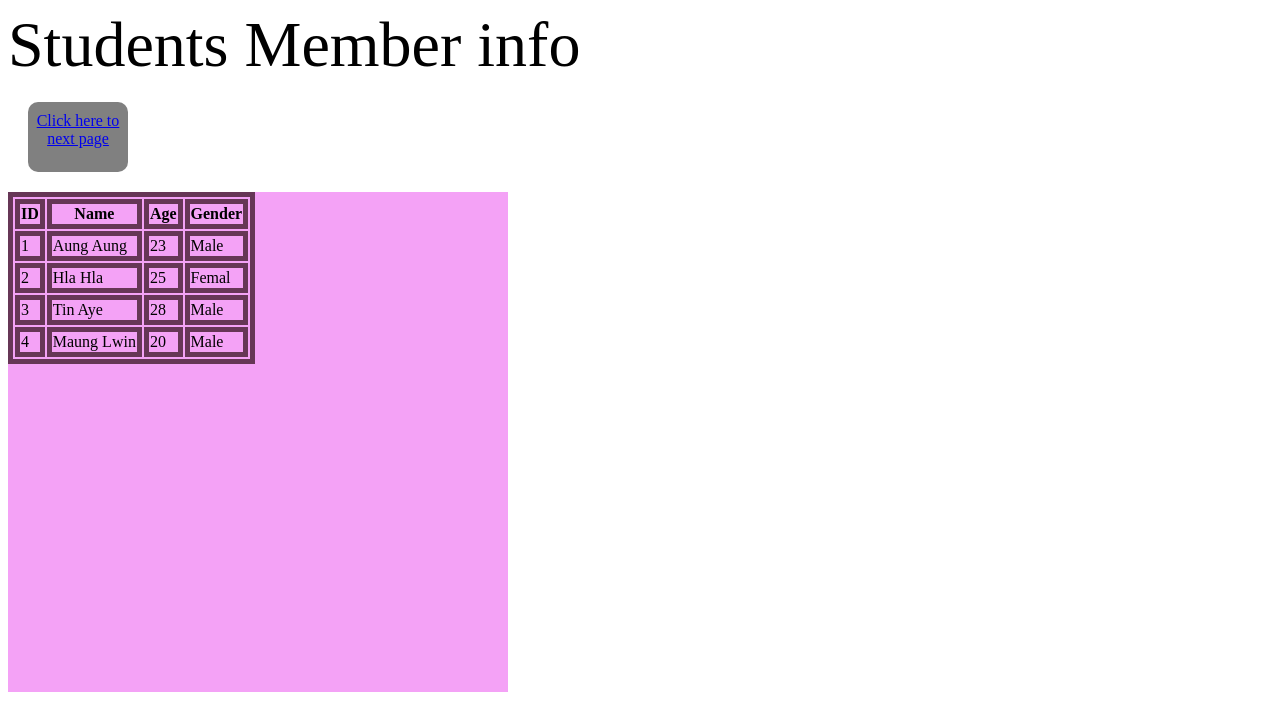
Repository: ThantLwinSoe/Servlet
Page: 01-Communication/src/main/webapp/index.html
The author's editor kept a copy of each file at every save. The page is drawn from the files as they stood at one save, then again after the next save.
The browser window is 1280 px wide. The pictures show the whole page.

Above is the page before, as saved 2023-02-07 02:56:47.

### 01-Communication/src/main/webapp/index.html
<!DOCTYPE html>
<html>
<head>
<meta charset="UTF-8">
<style>
h {
	font-size: 4em;
}
.d_link {

	margin: 20px;
	padding-top: 10px;
	width: 100px;
	height: 60px;
	border-radius: 10px;
	background: gray;
	text-align: center;
}
.st_info {
	margin-top: 20px;
	width: 500px;
	height: 500px;
	background: #F4A2F6;
}
.table_one,th,td {
	border: 5px solid #663656;
}
</style>
<title>Servlet Communication</title>
</head>
<body>
	<h>Students Member info</h>
	<div class="d_link">
		<a href="hello">Click here to next page</a>
	</div>
	<div class="st_info">
		<table class="table_one">
			<thead>
				<tr>
					<th>ID</th>
					<th>Name</th>
					<th>Age</th>
					<th>Gender</th>
				</tr>
			</thead>
			<tbody>
				<tr>
					<td>1</td>
					<td>Aung Aung</td>
					<td>23</td>
					<td>Male</td>
				</tr>
				<tr>
					<td>2</td>
					<td>Hla Hla</td>
					<td>25</td>
					<td>Femal</td>
				</tr>
				<tr>
					<td>3</td>
					<td>Tin Aye</td>
					<td>28</td>
					<td>Male</td>
				</tr>
				<tr>
					<td>4</td>
					<td>Maung Lwin</td>
					<td>20</td>
					<td>Male</td>
				</tr>
			</tbody>
		</table>
	</div>
</body>
</html>

After the next save:
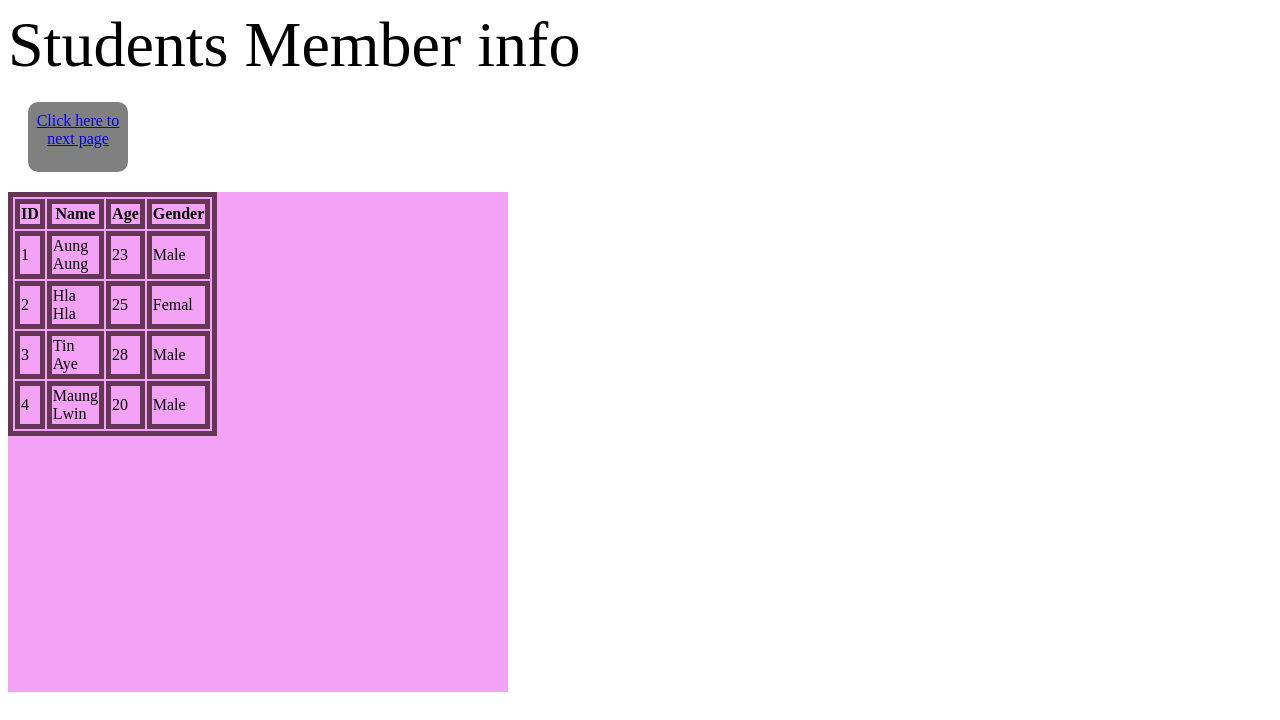
Saved 65 s later.
--- a/01-Communication/src/main/webapp/index.html
+++ b/01-Communication/src/main/webapp/index.html
@@ -24,6 +24,7 @@
 }
 .table_one,th,td {
 	border: 5px solid #663656;
+	width: 50px;
 }
 </style>
 <title>Servlet Communication</title>

After the 5 saves that followed:
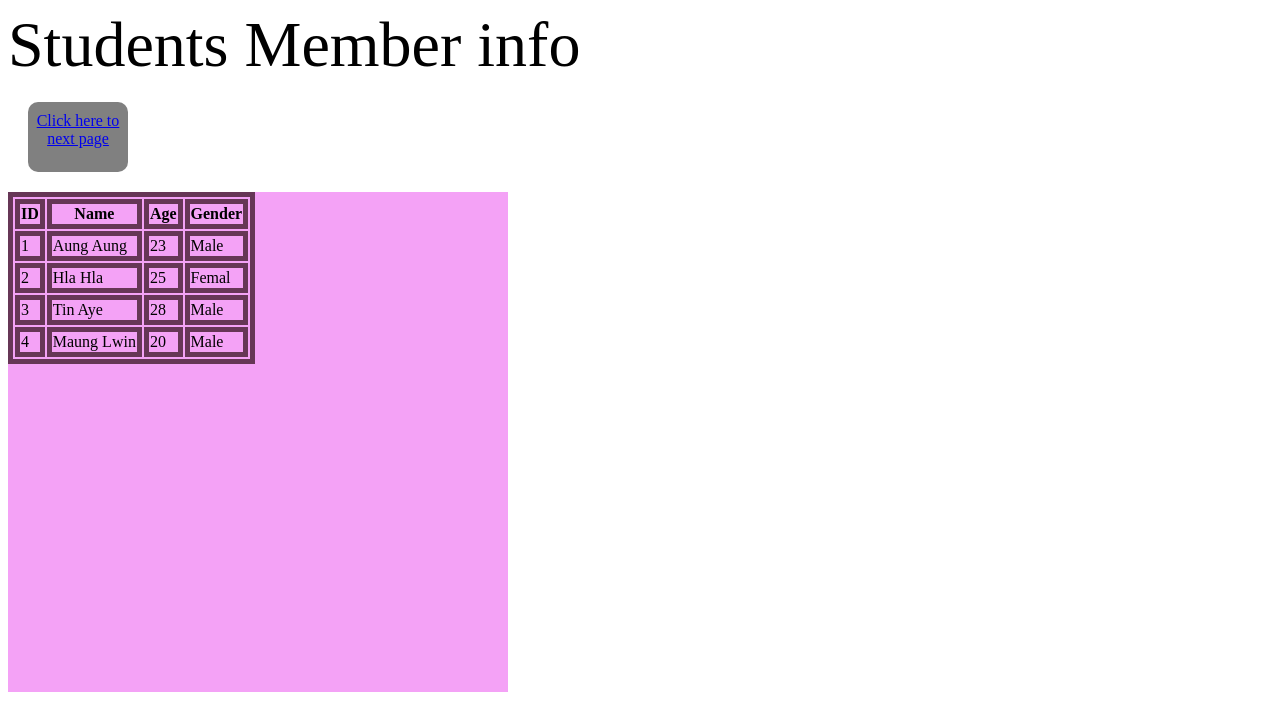
The 5 saves are shown as one change because 3 left the picture as it was and some came seconds apart.
The last was saved 51 s later.
--- a/01-Communication/src/main/webapp/index.html
+++ b/01-Communication/src/main/webapp/index.html
@@ -24,7 +24,6 @@
 }
 .table_one,th,td {
 	border: 5px solid #663656;
-	width: 50px;
 }
 </style>
 <title>Servlet Communication</title>
